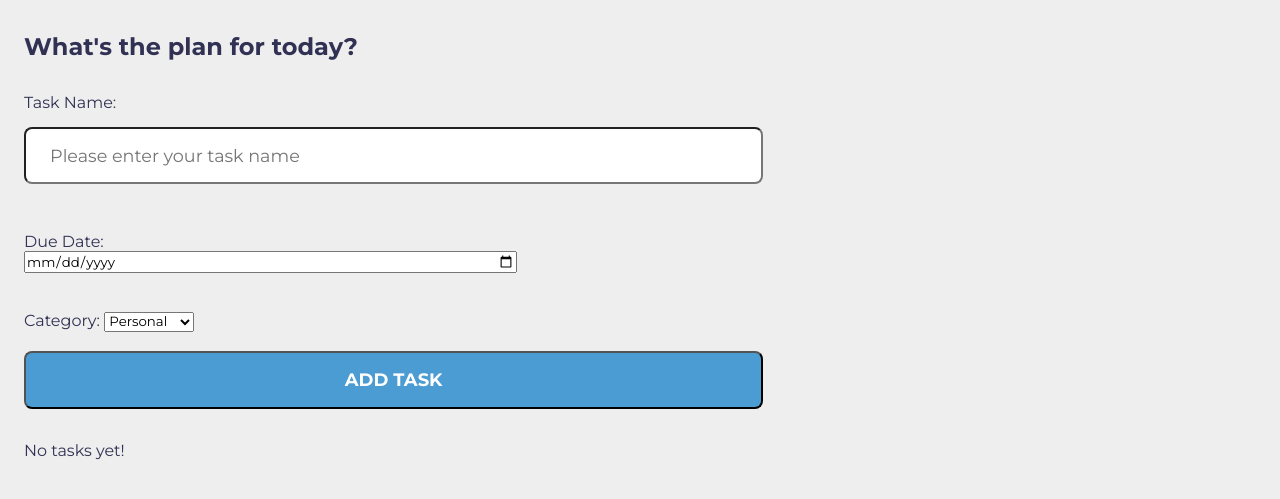
Repository: comp426-2023-spring/a99-SnowPile
Page: http://localhost/
These files come from the project's save history. The page is drawn as it stood at one moment and after the next save; the edit follows.
The browser window is 1280 px wide. The pictures show the whole page.
Some web fonts or font styles are not loaded; a fallback is used. The page is served by the project's Node server (app.js).

Above is the page before, as saved 2023-04-15 21:32:57.

### frontend/views/index.ejs
<!DOCTYPE html>
<html>
  <head>
    <title>Todo List</title>
    <!-- CSS import -->
    <link rel="stylesheet" type="text/css" href="/style.css"/>

    <!-- Set font -->
    <link rel="preconnect" href="https://fonts.googleapis.com">
    <link rel="preconnect" href="https://fonts.gstatic.com" crossorigin>
    <link href="https://fonts.googleapis.com/css2?family=Fira+Sans:ital,wght@0,400;0,700;0,900;1,400&family=Montserrat:ital,wght@0,400;0,700;0,900;1,400&display=swap" rel="stylesheet">
  </head>
  <body>
    <!-- Greeting -->
    <section class="greeting">
      <h2>What's the plan for today?</h2>
    </section>


    <!-- New Todo -->
    <section class="create-todo">
      <form action="/addTask" method="POST">

        <label for="taskName">Task Name:</label>
        <input type="text" placeholder="Please enter your task name" id="taskName" name="taskName" required><br><br>

        <label for="dueDate">Due Date:</label>
        <input type="date" id="dueDate" name="dueDate" required><br><br>

        <label for="category">Category:</label>
        <select id="category" name="category">
          <option value="Personal">Personal</option>
          <option value="Academic">Academic</option>
          <option value="Work">Work</option>
        </select><br><br>

        <input type="submit" value="Add Task">

      </form>
    </section>
    <!-- Display todo list -->
    <section class="todo-list">
      <% if (tasks.length === 0) { %>
        <p>No tasks yet!</p>
      <% } else { %>
        <table>
          <tr>
            <th>Task Name</th>
            <th>Due Date</th>
            <th>Category</th>
            <th>Edit</th>
          </tr>
          <% for (let i = 0; i < tasks.length; i++) { %>
            <tr>
              <td><%= tasks[i].name %></td>
              <td><%= tasks[i].due %></td>
              <td><%= tasks[i].category %></td>
              <td>
                <form action="/editTask/<%= i %>" method="POST">
                  <input type="text" name="taskName" value="<%= tasks[i].name %>" required>
                  <input type="date" name="dueDate" value="<%= tasks[i].due %>" required>
                  <input type="submit" value="Edit">
                </form>
              </td>
            </tr>
          <% } %>
        </table>
      <% } %>
    </section>
  </body>
</html>

### frontend/app.js
const express = require('express');
const bodyParser = require('body-parser');
const app = express();
const port = 3000;

// set up body-parser middleware
app.use(bodyParser.urlencoded({ extended: false }));

// set up view engine
app.set('view engine', 'ejs');

// set up static folder
app.use(express.static('public'));

// initialize tasks array
let tasks = [];

// render index page with tasks array
app.get('/', (req, res) => {
  res.render('index', { tasks: tasks });
});

// create new task and add to tasks array
app.post('/addTask', (req, res) => {
  const taskName = req.body.taskName;
  const dueDate = req.body.dueDate;
  const category = req.body.category;

  const newTask = {
    name: taskName,
    due: dueDate,
    category: category,
  };

  tasks.push(newTask);
  res.redirect('/');
});

// edit existing task
app.post('/editTask/:id', (req, res) => {
  const id = req.params.id;
  const taskName = req.body.taskName;
  const dueDate = req.body.dueDate;

  tasks[id].name = taskName;
  tasks[id].due = dueDate;

  res.redirect('/');
});

// start server
app.listen(port, () => {
  console.log(`App listening at http://localhost:${port}`);
});

### frontend/public/style.css
* {
	margin: 0;
	padding: 0;
	box-sizing: border-box;
	font-family: 'montserrat', sans-serif;
}

body {
	background: #EEE;
	color: #313154;

}
section {
	margin-top: 2rem;
	margin-bottom: 2rem;
	padding-left: 1.5rem;
	padding-right: 1.5rem;
}

h2{
    color: #313154;
}


.create-todo input[type="text"] {
	display: block;
	width: 60%;
	font-size: 1.1rem;
	padding: 1rem 1.5rem;
	color: #313154;
	background-color: #FFF;
	border-radius: 0.5rem;
	box-shadow: none;
	margin-bottom: 10px;
	margin-top: 15px;
}
.create-todo input[type="date"] {
	display: block;
	width: 40%;
}

.create-todo input[type="submit"]{
	display: block;
	width: 60%;
	font-size: 1.125rem;
	padding: 1rem 1.5rem;
	color: #FFF;
	font-weight: 700;
	text-transform: uppercase;
	background-color: #4B9CD3;
	/* box-shadow: #13294B; */
	box-shadow: none;
	border-radius: 0.5rem;
	cursor: pointer;
	transition: 0.2s ease-out;
}
.create-todo input[type="submit"]:hover {
	opacity: 0.75;
}

After the next save:
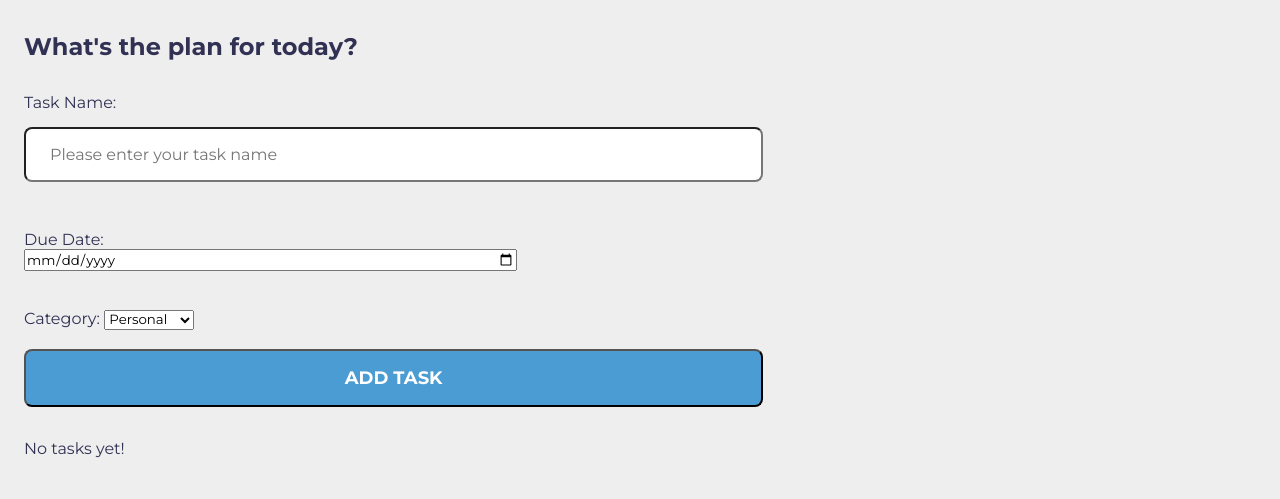
Saved 54 s later.
--- a/frontend/public/style.css
+++ b/frontend/public/style.css
@@ -25,7 +25,7 @@ h2{
 .create-todo input[type="text"] {
 	display: block;
 	width: 60%;
-	font-size: 1.1rem;
+	font-size: 1rem;
 	padding: 1rem 1.5rem;
 	color: #313154;
 	background-color: #FFF;
